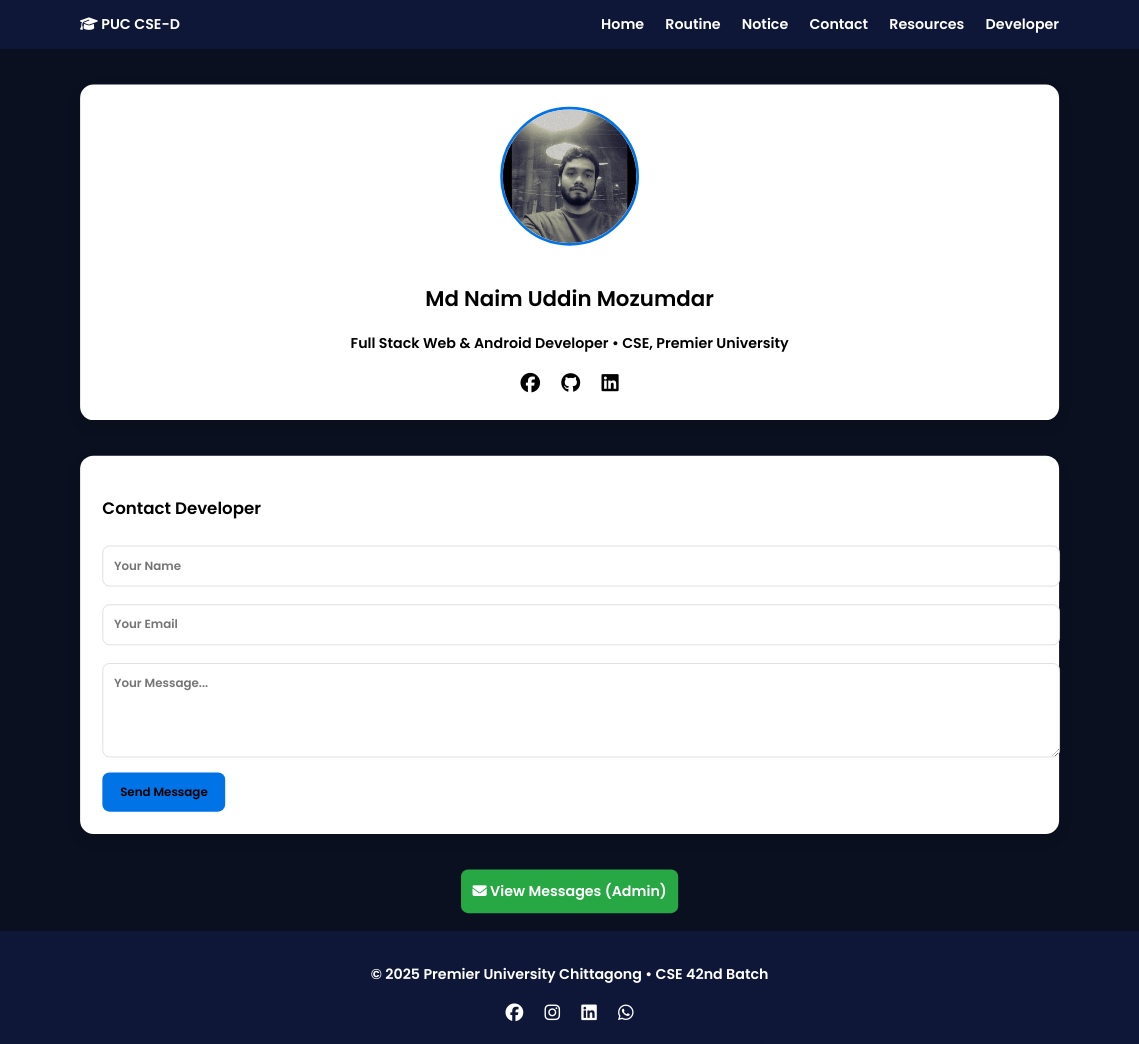
Repository: naimuddin1190/puc-class-management
Page: http://localhost/developer.php
The author's editor kept a copy of each file at every save. The page is drawn from the files as they stood at one save, then again after the next save.
The browser window is 1280 px wide. The pictures show the whole page, at 89% of full size.
The page is run by PHP 8.4 with error messages shown; the project is at /var/www/html/.

Above is the page before, as saved 2025-09-04 00:57:26.

### developer.php
<?php
session_start();
require "config.php";

// Handle contact form submit
if ($_SERVER["REQUEST_METHOD"] == "POST" && isset($_POST['contact_submit'])) {
    $name = $conn->real_escape_string($_POST['name']);
    $email = $conn->real_escape_string($_POST['email']);
    $message = $conn->real_escape_string($_POST['message']);

    $sql = "INSERT INTO developer_messages (name, email, message) VALUES ('$name','$email','$message')";
    if ($conn->query($sql) === TRUE) {
        $success = "✅ Your message has been sent successfully!";
    } else {
        $error = "❌ Error: " . $conn->error;
    }
}
?>
<!DOCTYPE html>
<html lang="en">
<head>
  <meta charset="UTF-8">
  <meta name="viewport" content="width=device-width, initial-scale=1">
  <title>Developer Info • PUC Section-D</title>
  <link href="https://fonts.googleapis.com/css2?family=Poppins:wght@300;400;600;700&display=swap" rel="stylesheet">
  <link href="https://cdnjs.cloudflare.com/ajax/libs/font-awesome/6.5.0/css/all.min.css" rel="stylesheet">
  <link rel="stylesheet" href="style.css">
  <style>
    /* Font & Color Fixes */
    body, h1, h2, h3, h4, h5, h6, p, a, li, input, textarea, button {
        font-family: 'Poppins', sans-serif;
        color: #000 !important;
        font-weight: 600 !important;
        opacity: 1 !important;
    }
    /* Navbar white */
    .nav .menu a, .nav .brand {
        color: #fff !important;
        font-weight: 600;
    }
    .nav .menu a:hover { color: #ffcc00 !important; }
    /* Footer */
    .footer p, .footer .socials a {
        color: #fff !important;
        font-weight: 600;
    }
    /* Buttons */
    .btn, .admin-btn, .btn-logout { color: #fff !important; font-weight:600; opacity:1; }
    .btn:hover, .admin-btn:hover, .btn-logout:hover { opacity:0.9; }
    /* Input/textarea */
    input, textarea { color:#000 !important; opacity:1; }
    /* Developer Card & Contact Form */
    .dev-card {text-align:center; background:#fff; padding:25px; border-radius:15px; box-shadow:0 6px 15px rgba(0,0,0,0.1); margin:40px auto;}
    .dev-photo {width:150px; height:150px; border-radius:50%; object-fit:cover; margin-bottom:15px; border:3px solid #0073e6;}
    .dev-socials a {margin:0 10px; font-size:22px; color:#0073e6; transition:color 0.3s;}
    .dev-socials a:hover {color:#ff6600;}
    .contact-form {background:#fff; padding:25px; border-radius:15px; box-shadow:0 6px 15px rgba(0,0,0,0.1); margin:40px auto;}
    .contact-form input, .contact-form textarea {width:100%; padding:12px; margin:10px 0; border-radius:8px; border:1px solid #ddd;}
    .contact-form button {padding:12px 20px; background:#0073e6; color:#fff; border:none; border-radius:8px; cursor:pointer;}
    .contact-form button:hover {background:#005bb5;}
    .alert {padding:10px; margin-bottom:15px; border-radius:8px; font-size:14px;}
    .success {background:#d4edda; color:#155724;}
    .error {background:#f8d7da; color:#721c24;}
    .admin-btn {display:block; width:220px; margin:20px auto; padding:12px; background:#28a745; text-align:center; border-radius:8px; text-decoration:none;}
    .admin-btn:hover {background:#218838;}
  </style>
</head>
<body>

<!-- NAVBAR -->
<nav class="nav">
  <div class="nav-inner container">
    <div class="brand"><i class="fa-solid fa-graduation-cap"></i> PUC CSE-D</div>
    <div class="menu">
      <a href="index.html#home">Home</a>
      <a href="index.html#routine">Routine</a>
      <a href="index.html#notice">Notice</a>
      <a href="index.html#contact">Contact</a>
      <a href="resources.php">Resources</a>
      <a href="developer.php">Developer</a>
    </div>
  </div>
</nav>

<div class="container">
  <!-- Developer Info -->
  <div class="dev-card">
    <img src="images/naim.jpg" alt="Developer Photo" class="dev-photo">
    <h2>Md Naim Uddin Mozumdar</h2>
    <p>Full Stack Web & Android Developer • CSE, Premier University</p>
    <div class="dev-socials">
      <a href="https://facebook.com/yourprofile" target="_blank"><i class="fab fa-facebook"></i></a>
      <a href="https://github.com/naimuddin1190/naimuddin1190" target="_blank"><i class="fab fa-github"></i></a>
      <a href="https://linkedin.com/in/yourlinkedin" target="_blank"><i class="fab fa-linkedin"></i></a>
    </div>
  </div>

  <!-- Contact Form -->
  <div class="contact-form">
    <h3>Contact Developer</h3>
    <?php if(isset($success)) echo "<div class='alert success'>$success</div>"; ?>
    <?php if(isset($error)) echo "<div class='alert error'>$error</div>"; ?>
    <form method="POST">
      <input type="text" name="name" placeholder="Your Name" required>
      <input type="email" name="email" placeholder="Your Email" required>
      <textarea name="message" rows="4" placeholder="Your Message..." required></textarea>
      <button type="submit" name="contact_submit">Send Message</button>
    </form>
  </div>

  <!-- Admin Button -->
  <a href="admin.php" class="admin-btn"><i class="fa-solid fa-envelope"></i> View Messages (Admin)</a>
</div>

<!-- FOOTER -->
<footer class="footer">
  <p>© 2025 Premier University Chittagong • CSE 42nd Batch</p>
  <div class="socials">
    <a href="https://facebook.com"><i class="fab fa-facebook"></i></a>
    <a href="https://instagram.com"><i class="fab fa-instagram"></i></a>
    <a href="https://linkedin.com"><i class="fab fa-linkedin"></i></a>
    <a href="https://chat.whatsapp.com/your-group-link"><i class="fab fa-whatsapp"></i></a>
  </div>
</footer>

</body>
</html>

### config.php
<?php
// Database connection
$host = "localhost";
$user = "root";
$pass = "";
$dbname = "puc_portal_db";

$conn = new mysqli($host, $user, $pass, $dbname);
if ($conn->connect_error) {
    die("Connection failed: " . $conn->connect_error);
}

// Admin PIN (🔒 তোমার মতো করে সেট করো)
$ADMIN_PIN = "1234";
?>

### style.css
:root {
  --bg: #0b1020;
  --card: #111a3a;
  --primary: #6d5ef6;
  --danger: #ef4444;
  --text: #e5e7eb;
}

body {
  margin: 0;
  font-family: 'Poppins', sans-serif;
  background: var(--bg);
  color: var(--text);
}

.container {
  width: min(1100px, 90%);
  margin: auto;
}

.section {
  padding: 50px 0;
}

/* Navbar */
.nav {
  background: #0e1738;
  position: sticky;
  top: 0;
  z-index: 100;
}
.nav-inner {
  display: flex;
  justify-content: space-between;
  align-items: center;
  padding: 15px 0;
}
.menu a {
  margin-left: 20px;
  text-decoration: none;
  color: var(--text);
}
.menu a:hover {
  color: var(--primary);
}

/* Hero */
.hero {
  display: flex;
  justify-content: space-between;
  align-items: center;
}
.clock-area {
  text-align: center;
}
#digitalClock {
  margin-top: 10px;
  font-size: 20px;
}

/* Routine */
#routineTable table {
  width: 100%;
  border-collapse: collapse;
}
#routineTable th, #routineTable td {
  border: 1px solid #444;
  padding: 8px;
  text-align: center;
}

/* Notices */
#noticeList {
  list-style: none;
  padding: 0;
}
#noticeList li {
  background: var(--card);
  padding: 10px;
  margin-bottom: 8px;
  border-radius: 5px;
  display: flex;
  flex-direction: column;
}
#noticeList small {
  font-size: 12px;
  color: #bbb;
  margin-bottom: 5px;
}
.delete-btn {
  background: transparent;
  border: none;
  color: var(--danger);
  cursor: pointer;
  font-size: 16px;
  align-self: flex-end;
}
.delete-btn:hover {
  color: #ff5555;
}
textarea {
  width: 100%;
  height: 80px;
  margin-top: 10px;
  padding: 8px;
  border-radius: 5px;
  border: none;
}

/* Contact */
.contact-grid {
  display: grid;
  grid-template-columns: repeat(auto-fit,minmax(220px,1fr));
  gap: 20px;
}
.card {
  background: var(--card);
  padding: 20px;
  border-radius: 10px;
}

/* Footer */
.footer {
  text-align: center;
  padding: 20px;
  background: #0e1738;
}
.footer .socials a {
  margin: 0 10px;
  color: var(--text);
  font-size: 20px;
}
.footer .socials a:hover {
  color: var(--primary);
}

/* Buttons & Admin Panel */
.btn {
  background: var(--primary);
  color: white;
  border: none;
  padding: 10px 15px;
  border-radius: 8px;
  cursor: pointer;
}
.btn:hover {
  opacity: 0.9;
}
.admin-panel {
  margin-top: 15px;
}
.admin-panel input, .admin-panel select {
  margin: 5px;
  padding: 8px;
  border-radius: 5px;
  border: none;
}





/* Admin panel (already exists? then keep whichever is nicer) */
.admin-panel {
  background: #0d1533;
  padding: 14px;
  border-radius: 10px;
  margin-top: 18px;
}

/* Bigger Notice box */
#newNotice {
  width: 100%;
  min-height: 110px;
  padding: 10px;
  border-radius: 10px;
  border: 1px solid #444;
  background: var(--card);
  color: var(--text);
  resize: vertical;
}

After the next save:
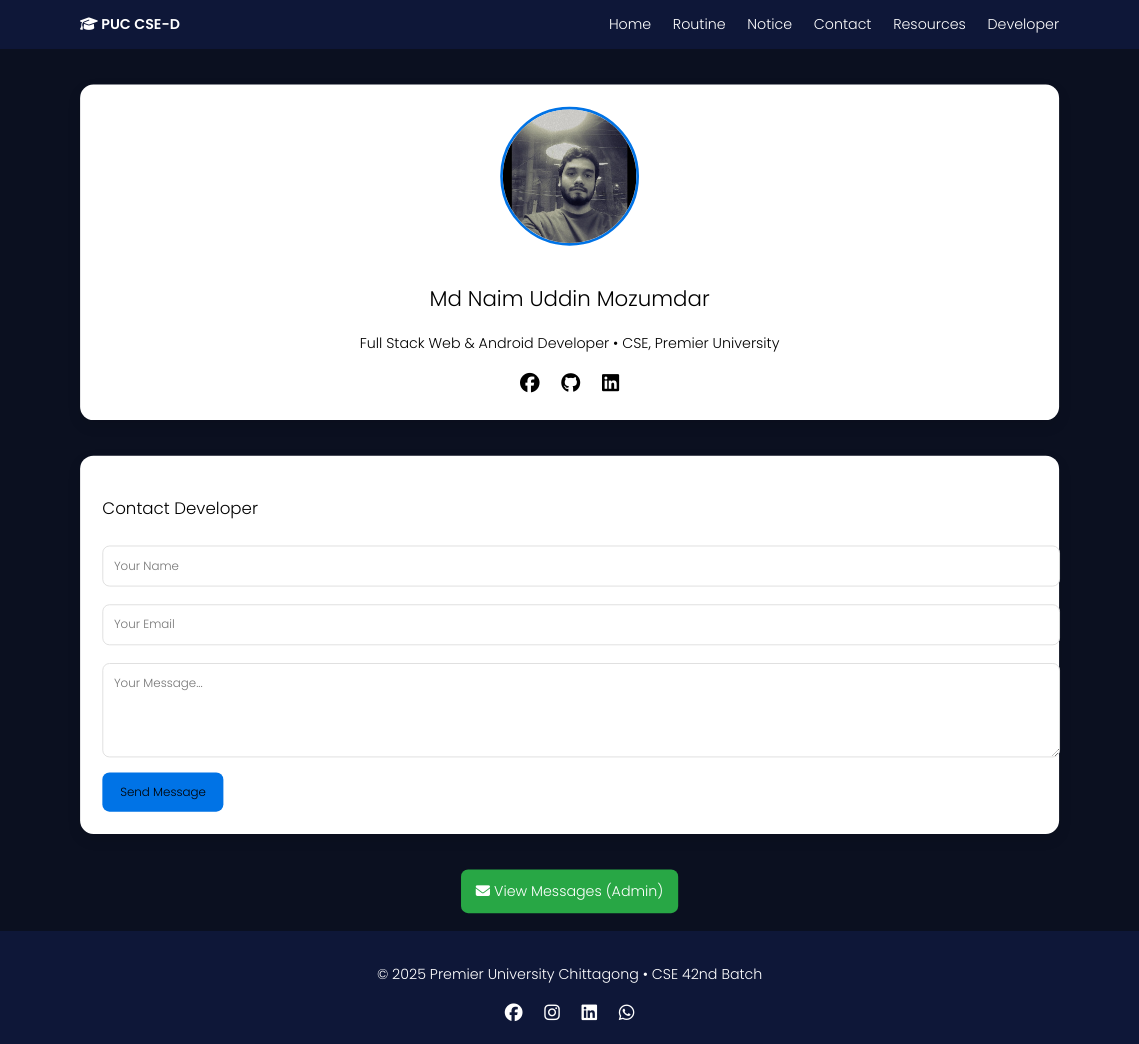
Saved 31 s later.
--- a/developer.php
+++ b/developer.php
@@ -30,7 +30,7 @@ if ($_SERVER["REQUEST_METHOD"] == "POST" && isset($_POST['contact_submit'])) {
     body, h1, h2, h3, h4, h5, h6, p, a, li, input, textarea, button {
         font-family: 'Poppins', sans-serif;
         color: #000 !important;
-        font-weight: 600 !important;
+        font-weight: 200 !important;
         opacity: 1 !important;
     }
     /* Navbar white */
